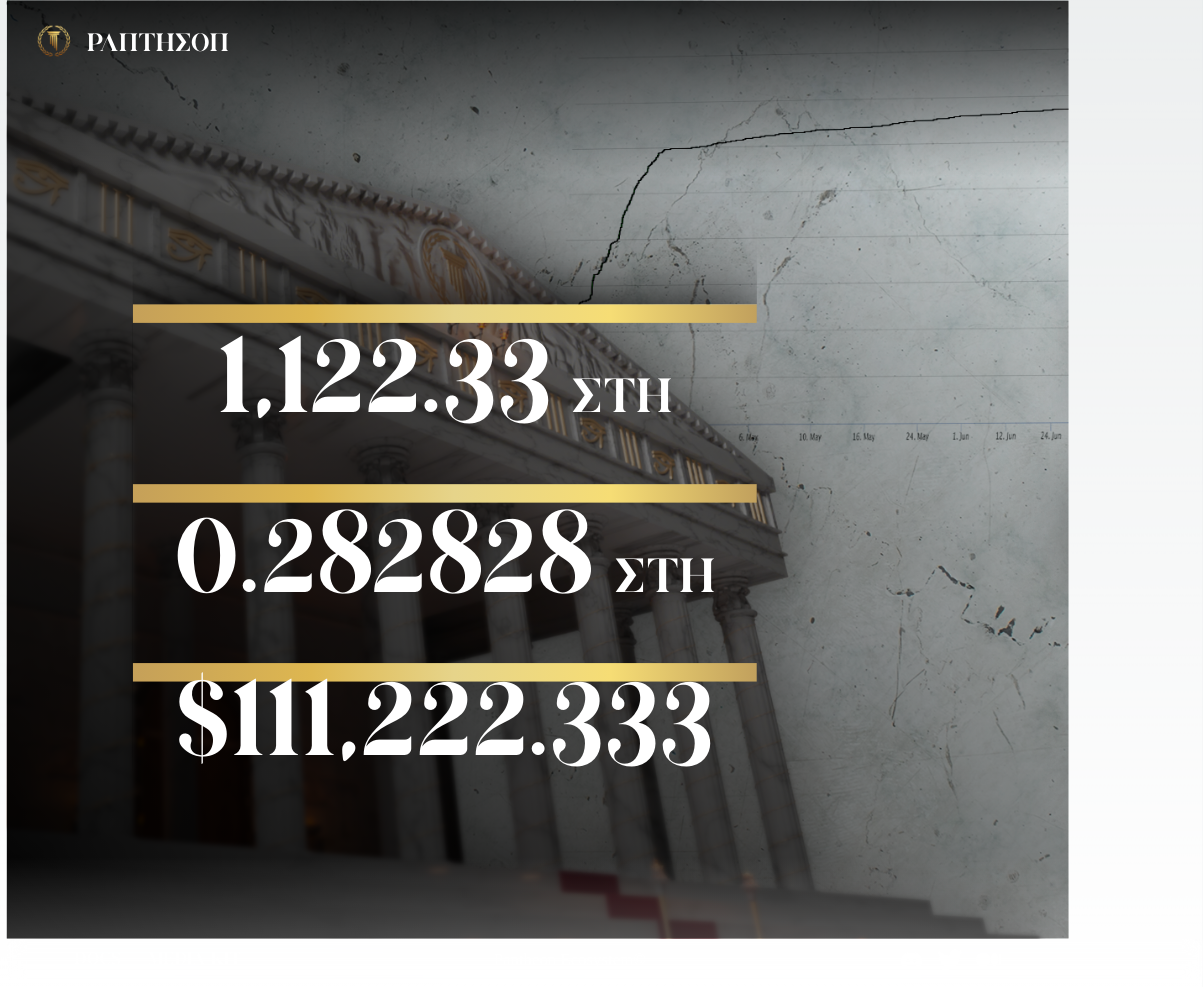
Repository: MikeeBuilds/pant2
Page: /
These files come from the project's save history. The page is drawn as it stood at one moment and after the next save; the edit follows.
The browser window is 1280 px wide. The page is 1432 px wide, so the pictures cover 1432 px, including what lies to the right of the window. The pictures show the part of the page from y = 1448 to 2623 px (the page is 2623 px tall), at 84% of full size.
The project was rebuilt for these pictures with package versions that can differ from the ones it lists, and the page was loaded fresh each time. The framework's server and built-in components were replaced by stand-ins that run in the browser. Also part of the build but not shown: next.config.js.

Above is the page before, as saved 2023-08-20 15:05:07.

After the next save:
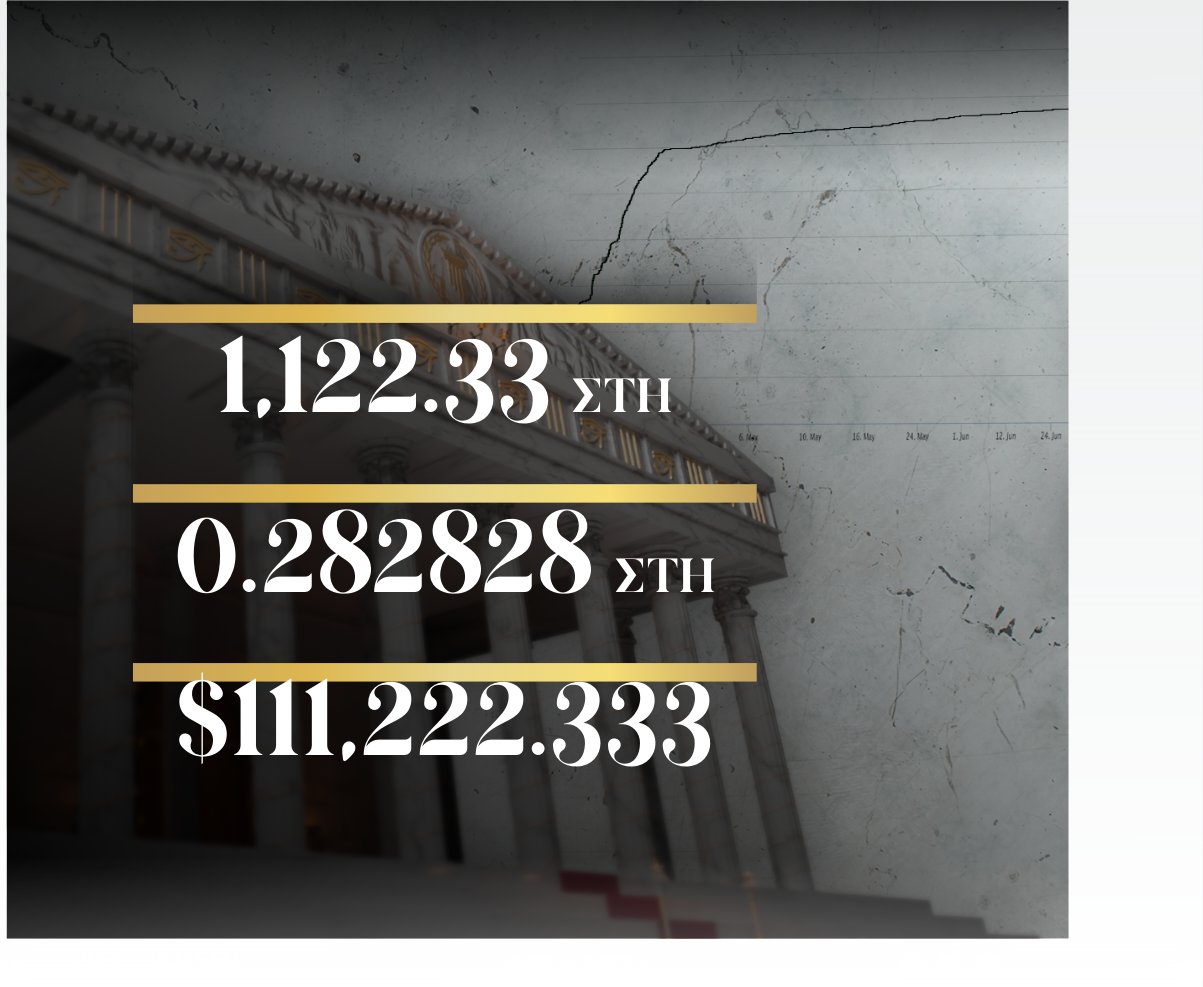
Saved 2 min 34 s later.
--- a/components/Tvl.tsx
+++ b/components/Tvl.tsx
@@ -15,19 +15,6 @@
         <section className="absolute top-[0px] left-[0px] w-[1728px] h-[1127px] overflow-hidden text-left text-11xl text-white font-commodus">
           <div className="absolute top-[0px] left-[0px] w-[1728px] h-[1127px] overflow-hidden">
             <footer className="absolute top-[843px] left-[0px] [background:linear-gradient(180deg,_rgba(255,_255,_255,_0)_65.82%,_rgba(255,_255,_255,_0.2))] w-[1728px] h-[284px]" />
-          </div>
-          <div className="absolute top-[0px] left-[35px] w-[230px] h-[79px] overflow-hidden">
-            <div className="absolute top-[37px] left-[0px] w-[230px] h-[42px]">
-              <div className="absolute top-[8px] left-[60px] inline-block w-[170px] h-[25px]">
-                Pantheon
-              </div>
-              <div className="absolute top-[0px] left-[0px] rounded-[50%] bg-black box-border w-[42px] h-[42px] hidden border-[1px] border-solid border-black" />
-              <img
-                className="absolute top-[0px] left-[0px] w-[42px] h-[42px] object-cover"
-                alt=""
-                src="/logo-col-png-1@2x.png"
-              />
-            </div>
           </div>
         </section>
         <div className="absolute top-[0px] left-[150px] w-[1726px] h-[1349.27px] overflow-hidden">
